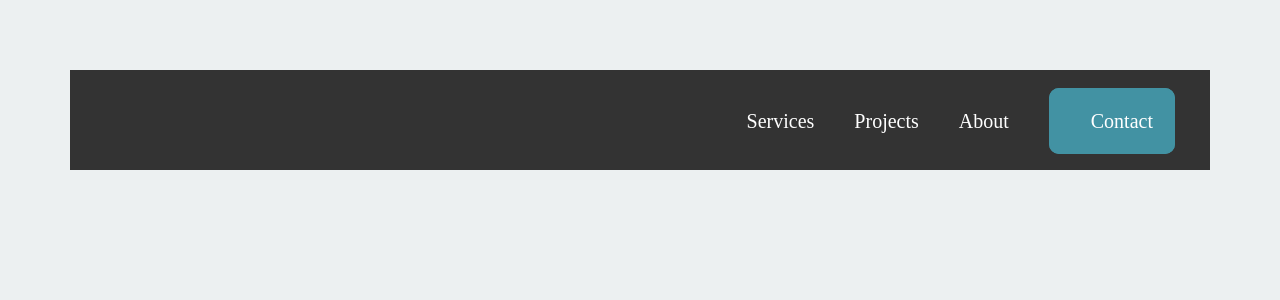
Repository: arifshahriyarnader/css-flexbox
Page: Exercise 1/index.html
An editor plug-in stored every save of this project. The page is shown before and after the next save, followed by the edit.
The browser window is 1280 px wide. The pictures show the whole page.

Above is the page before, as saved 2024-06-15 16:06:09.

### Exercise 1/index.html
<!DOCTYPE html>
<html lang="en">
<head>
    <meta charset="UTF-8">
    <meta name="viewport" content="width=device-width, initial-scale=1.0">
    <title>Navbar Using Flexbox</title>
    <link rel="stylesheet" href="css/style.css">
</head>
<body>
   <nav class="menubar_sec">
       <div class="leftmenu_link">
            <ul>
                <li><a href="#">Services</a></li>
                <li><a href="#">Projects</a></li>
                <li><a href="#">About</a></li>
                <li><a href="#" class="contact_btn">Contact</a></li>
            </ul>
           </div>
   </nav>
</body>
</html>

### Exercise 1/css/style.css
*{
    margin: 0px;
    padding: 0px;
}

ul{
    list-style: none;
}
a{
    text-decoration: none;
}
body{
    background-color: #ECF0F1;
}
.menubar_sec{
    background-color:#333333;
    min-height: 100px;
    margin: 70px;
    display:flex;
    justify-content: flex-end;
}

.leftmenu_link ul{
    display: flex;
    gap:40px;
    padding:40px 35px 35px 40px;

}

.leftmenu_link ul li a{
    color:#fff;
    font-size:20px;
    cursor: pointer;
}
.contact_btn{
    background-color:#4292A3;
    color:#fff;
    padding:20px 20px 20px 40px;
    border: 2px solid #4292A3;
    border-radius: 10px;

}

After the next save:
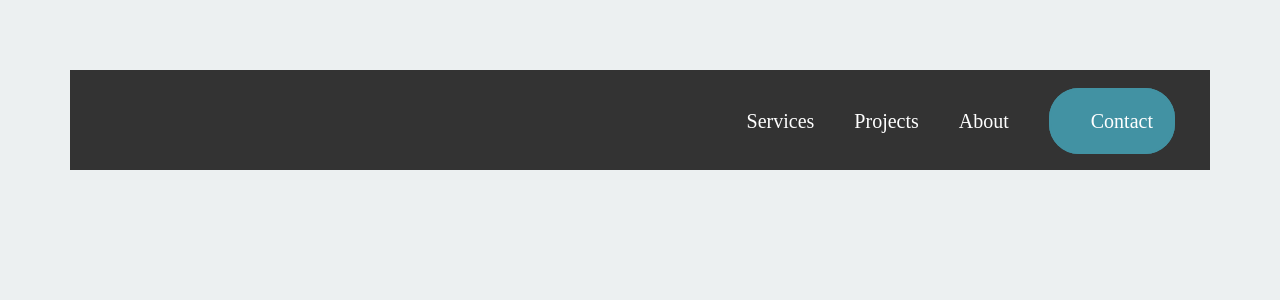
Saved 13 s later.
--- a/Exercise 1/css/style.css
+++ b/Exercise 1/css/style.css
@@ -37,6 +37,6 @@ body{
     color:#fff;
     padding:20px 20px 20px 40px;
     border: 2px solid #4292A3;
-    border-radius: 10px;
+    border-radius: 30px;
 
 }
